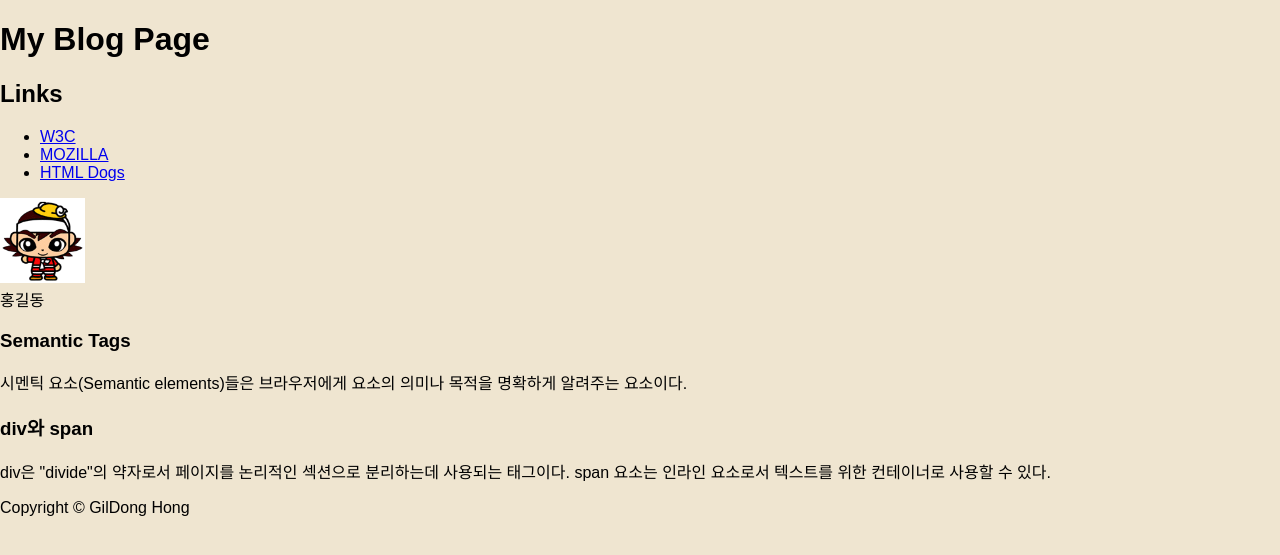
Repository: hyeon-jin-park/study
Page: work/internet_programing/T04/public/03_layout.html
These files come from the project's save history. The page is drawn as it stood at one moment and after the next save; the edit follows.
The browser window is 1280 px wide. The pictures show the whole page.

Above is the page before, as saved 2025-03-25 09:26:04.

### work/internet_programing/T04/public/03_layout.html
<!DOCTYPE html>
<html>
<head>
<meta charset="UTF-8">
<title>레이아웃 배치와 메뉴 모양, 링크 모양 선언하기</title>
<style>
/*
화면에 제시된 모양과 같이, 다음의 html5 코드가 출력되도록 스타일을 정의하시오.
1. <header>태그 영역은 화면 상단에 출력하고, 배경색을 분홍색, 글자는 가운데 정렬하시오.
2. <nav> 태그 영역은 화면 왼쪽에 출력하고, <ul> 태그의 각 메뉴를 제시된 화면과 같이 출력하시오.
3. <ul>태그 내의 <a> 태그에 대하여 링크 밑줄을 제거하고, 글자색을 흰색으로 선언하시오.
     또한, 마무스를 올리면, 배경색이 변경되도록 선언하시오.
   (배경색상은 www.w3schools.com 사이트의 color picker를 이용합니다.)
4. <section> 태그 영역은 오른쪽에 출력하고, 배경색을 노란색으로 선언하시오.
5. <footer> 태그 영역은 화면 아래쪽에 출력하고, 배경색은 보라색, 글자색은 흰색으로 하고, 가운데 정렬하시오.
*/
body {
    background-color: #efe5d0;
    font-family: Arial, "Trebuchet MS", sans-serif;
    margin: 0px;
}








</style>
</head>
<body>
<header>
    <h1>My Blog Page</h1>
</header>
<nav>
    <h1>Links</h1>
    <ul class="menu">
        <li><a  href="http://www.w3c.org/">W3C</a></li>
        <li><a href="http://developer.mozilla.org/">MOZILLA</a></li>
        <li><a href="http://htmldog.com/guides/">HTML Dogs</a></li>
    </ul>
    <div>
        <img width="85" height="85"  src="images/gildong.png"  alt="홍길동" />
        <div>홍길동</div>
    </div>
</nav>
<section id="main">
    <article>
        <h1>Semantic Tags</h1>
        <p>
            시멘틱 요소(Semantic elements)들은 브라우저에게 요소의 의미나 목적을 명확하게 알려주는 요소이다.
        </p>
    </article>
    <article>
        <h1>div와 span</h1>
        <p>
            div은 "divide"의 약자로서 페이지를 논리적인 섹션으로 분리하는데 사용되는 태그이다.
            span 요소는 인라인 요소로서 텍스트를 위한 컨테이너로 사용할 수 있다.
        </p>
    </article>
</section>
<footer>Copyright &copy; GilDong Hong</footer>
</body>
</html>

After the next save:
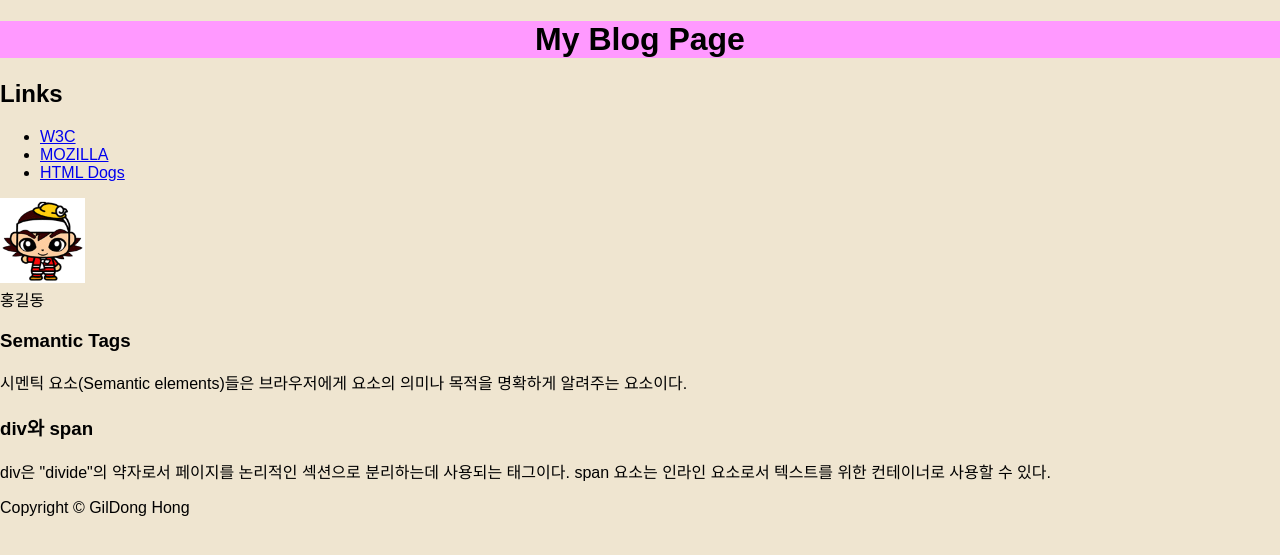
Saved 5 min 15 s later.
--- a/work/internet_programing/T04/public/03_layout.html
+++ b/work/internet_programing/T04/public/03_layout.html
@@ -20,7 +20,12 @@ body {
     margin: 0px;
 }
 
+header{
+	background-color:#ff99ff;
+	color:black;
+	text-align:center;
 
+}
 
 
 
